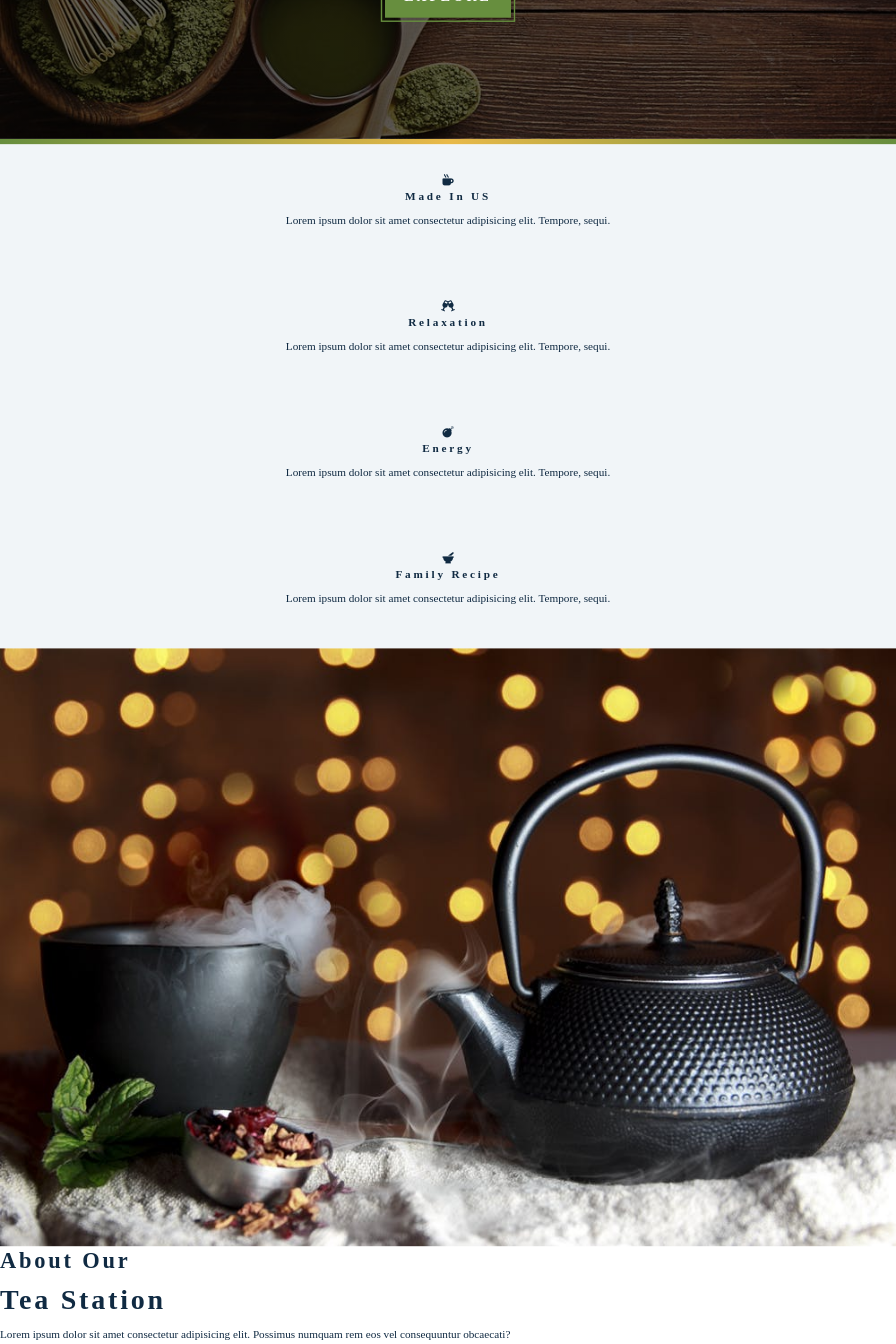
Repository: Ndifoinhilary/building_tea_site
Page: index.html
An editor plug-in stored every save of this project. The page is shown before and after the next save, followed by the edit.
The browser window is 1280 px wide. The pictures show the part of the page from y = 665 to 2585 px (the page is 6510 px tall before and 6734 px after), at 70% of full size.
Backgrounds fixed to the window are drawn as part of the page. Some web fonts or font styles are not loaded; a fallback is used.

Above is the page before, as saved 2024-01-03 20:15:53.

### index.html
<!DOCTYPE html>
<html lang="en">

<head>
  <meta charset="UTF-8" />
  <meta name="viewport" content="width=device-width, initial-scale=1.0" />
  <meta http-equiv="X-UA-Compatible" content="ie=edge" />
  <title>Tea Station || Home</title>
  <!-- font-awesome -->
  <link rel="stylesheet" href="./fontawesome-free-5.7.2-web/css/all.css" />
  <!-- custom css -->
  <link rel="stylesheet" href="./css/styles.css" />
</head>

<body>
  <!-- nav button -->
  <span class="nav-btn" id="nav-btn">
    <i class="fas fa-bars"></i>
  </span>
  <!-- nav -->
  <nav class="navbar" id="navbar">
    <div class="navbar-header">
      <span class="nav-close" id="nav-close">
        <i class="fas fa-times"></i>
      </span>
    </div>
    <ul class="nav-items">
      <li><a href="index.html" class="nav-link">home</a></li>
      <li><a href="skills.html" class="nav-link">skills</a></li>
      <li><a href="about.html" class="nav-link">about</a></li>
      <li><a href="products.html" class="nav-link">products</a></li>
    </ul>
  </nav>
  <!-- header -->
  <header class="header">
    <div class="banner">
      <h2 class="banner-subtitle">Over one hunred flavors of tea</h2>
      <h1 class="banner-title">specially crafted tea</h1>
      <a href="skills.html" class=" btn banner-btn">explore</a>
    </div>
  </header>

  <div class="content-divider"></div>
  <!-- skills section -->
  <section class="skills clearfix">
    <!-- single skill -->
    <article class="skill">
      <span class="skill-icon">
        <i class="fas fa-mug-hot"></i>
      </span>
      <h4 class="skill-title">made in US</h4>
      <!-- ten words -->
      <p class="skill-text">
        Lorem ipsum dolor sit amet consectetur adipisicing elit. Tempore,
        sequi.
      </p>
    </article>
    <!-- end of single skill -->
    <!-- single skill -->
    <article class="skill">
      <span class="skill-icon">
        <i class="fas fa-glass-cheers"></i>
      </span>
      <h4 class="skill-title">relaxation</h4>
      <!-- ten words -->
      <p class="skill-text">
        Lorem ipsum dolor sit amet consectetur adipisicing elit. Tempore,
        sequi.
      </p>
    </article>
    <!-- end of single skill -->
    <!-- single skill -->
    <article class="skill">
      <span class="skill-icon">
        <i class="fas fa-bomb"></i>
      </span>
      <h4 class="skill-title">energy</h4>
      <!-- ten words -->
      <p class="skill-text">
        Lorem ipsum dolor sit amet consectetur adipisicing elit. Tempore,
        sequi.
      </p>
    </article>
    <!-- end of single skill -->
    <!-- single skill -->
    <article class="skill">
      <span class="skill-icon">
        <i class="fas fa-mortar-pestle"></i>
      </span>
      <h4 class="skill-title">family recipe</h4>
      <!-- ten words -->
      <p class="skill-text">
        Lorem ipsum dolor sit amet consectetur adipisicing elit. Tempore,
        sequi.
      </p>
    </article>
    <!-- end of single skill -->
  </section>
  <!--end of skills section -->
  <!-- about -->
  <section class="about">
    <div class="section-center clearfix">
      <article class="about-img">
        <div class="about-picture-container">
          <img src="./images/about-bcg.jpeg" alt="tea kettle" class="about-picture" />
        </div>
      </article>
      <article class="about-info">
        <!-- section title -->
        <div>
          <h3 class="section-subtitle">about our</h3>
          <h2 class="section-title">tea station</h2>
        </div>
        <!-- section title -->
        <p class="about-text">
          Lorem ipsum dolor sit amet consectetur adipisicing elit. Possimus
          numquam rem eos vel consequuntur obcaecati?
        </p>
        <p class="about-text">
          Lorem ipsum dolor sit amet consectetur adipisicing elit. Possimus
          numquam rem eos vel consequuntur obcaecati?
        </p>
        <a href="about.html" class="main-btn">learn more</a>
      </article>
    </div>
  </section>
  <!-- end of about -->
  <!-- products -->
  <section class="products">
    <div class="section-center clearfix">
      <!-- products info  -->
      <article class="products-info">
        <!-- title -->
        <div>
          <h3 class="section-subtitle">check out</h3>
          <h2 class="section-title text-white">our products</h2>
        </div>
        <!-- end of title -->
        <p class="product-text">
          Lorem ipsum dolor sit amet consectetur adipisicing elit. Quod, quae
          vitae! Natus sed fugiat id laudantium nemo, asperiores corporis
          amet!
        </p>
        <a href="products.html" class="main-btn">inventory</a>
      </article>
      <!-- end of products info -->
      <!-- products inventory -->
      <article class="products-inventory clearfix">
        <!-- single product -->
        <div class="product">
          <img src="./images/product-1.jpeg" alt="single product" class="product-img" />
          <h3 class="product-title">product title</h3>
          <h3 class="product-price">$6.99</h3>
        </div>
        <!--end of single product -->
        <!-- single product -->
        <div class="product">
          <img src="./images/product-2.jpeg" alt="single product" class="product-img" />
          <h3 class="product-title">product title</h3>
          <h3 class="product-price">$6.99</h3>
        </div>
        <!--end of single product -->
        <!-- single product -->
        <div class="product">
          <img src="./images/product-3.jpeg" alt="single product" class="product-img" />
          <h3 class="product-title">product title</h3>
          <h3 class="product-price">$6.99</h3>
        </div>
        <!--end of single product -->
      </article>
      <!--end of  products inventory -->
    </div>
  </section>
  <!-- end of  products -->
  <!-- contact -->
  <section class="contact">
    <div class="section-center clearfix">
      <!-- contact info -->
      <article class="contact-info">
        <!-- contact item -->
        <div class="contact-item">
          <!-- contact text -->
          <h3 class="contact-title">
            <span class="contact-icon">
              <i class="fas fa-location-arrow"></i> </span>address
          </h3>
          <h3 class="contact-text">
            523 N Fairfax Ave, Los Angeles, CA 90048
          </h3>
        </div>
        <!-- end of contact item -->
        <!-- contact item -->
        <div class="contact-item">
          <!-- contact text -->
          <h3 class="contact-title">
            <span class="contact-icon"> <i class="fas fa-envelope"></i> </span>email
          </h3>
          <h3 class="contact-text">email@email.com</h3>
        </div>
        <!-- end of contact item -->
        <!-- contact item -->
        <div class="contact-item">
          <!-- contact text -->
          <h3 class="contact-title">
            <span class="contact-icon">
              <i class="fas fa-location-arrow"></i> </span>telephone
          </h3>
          <h3 class="contact-text">+ 123 456 789</h3>
        </div>
        <!-- end of contact item -->
      </article>
      <article class="contact-form">
        <form action="https://formspree.io/learncodetutorial@gmail.com" method="POST" class="form-group">
          <input type="text" name="name" placeholder="name" class="form-control" />
          <input type="email" name="email" placeholder="email" class="form-control" />
          <textarea name="message" placeholder="message" class="form-control" rows="5"></textarea>
          <button class="main-btn">send</button>
        </form>
      </article>
      <!-- end of contact info -->
    </div>
  </section>
  <!-- end o fcontact -->
  <footer class="footer">
    <div class="section-center">
      <div class="social-icons">
        <!-- social icon -->
        <a href="#" class="social-icon">
          <i class="fab fa-facebook"></i>
        </a>
        <!-- end of social icon -->
        <!-- social icon -->
        <a href="#" class="social-icon">
          <i class="fab fa-twitter"></i>
        </a>
        <!-- end of social icon -->
        <!-- social icon -->
        <a href="#" class="social-icon">
          <i class="fab fa-instagram"></i>
        </a>
        <!-- end of social icon -->
      </div>
      <p class="footer-text">
        &copy;2019 <span class="text-primary">tea station</span>. all rights
        reserved
      </p>
    </div>
  </footer>
  <script src="app.js"></script>
</body>

</html>

### css/styles.css
@import url("https://fonts.googleapis.com/css?family=Catamaran:400,700|Grand+Hotel");

* {
  margin: 0;
  padding: 0;
  box-sizing: border-box;
}

/*================
Global variables
===================
*/

:root{
  --clr-primary:#678e3e;
  --clr-primary-light:#beed8c;
  --clr-grey-1:#102a42;
  --clr-grey-5:#617d98;
  --clr-grey-10:#f1f5f8;
  --clr-white:#fff;
  --ff-primary:"Catamaran",sans-serif;
  --ff-secondary:"Grand Hotel", cursive;
  --transition: all 0.3s linear ;
  --spacing:0.25rem;
  --radius:0.5rem;
}


body{
  font-family: var(--clr-primary);
  background: var(--clr-white);
  color: var(--clr-grey-1);
  line-height: 1.5;
  font-size: 0.875rem;
}

a{
  text-decoration: none;
}

img{
  width: 100%;
  display: block;
}
h1,h2,h3,h4{
  letter-spacing: var(--spacing);
  text-transform: capitalize;
  line-height: 1.25;
  margin-bottom: 0.75rem;
}

h1{
  font-size: 3rem;
}
h2{
  font-size: 2rem;
}
h3{
  font-size: 1.5rem;
}
h4{
  font-size: 0.875rem;
}

p{
  margin-bottom: 1.25rem;
}
@media screen and (min-width:800px) {
  h1{
    font-size: 4rem;
  }
  h2{
    font-size: 2.5rem;
  }
  h3{
    font-size: 2rem;
  }
  h4{
    font-size: 1rem;
  }
  body{
    font-size: 1rem;
  }
  h1,h2,h3,h4{
    line-height: 1.25;

  }
}
/*
more css
 */

 .btn{
  text-transform: uppercase;
  background: var(--clr-primary);
  color: var(--clr-white);
  padding: 0.75rem, 1rem;
  letter-spacing: var(--spacing);
  display: inline-block;
  font-weight:700 ;
  transition: var(--transition);
  font-size: 1rem;
  border: none;
  cursor: pointer;
  box-shadow: 0 1px 3px rgba(0, 0, 0,0.2);
 }
.btn:hover {
  color: var(--ff-primary);
  background: var(--clr-primary-light);
}
 /*
 header
  */

  .header{
    min-height: 100vh;
    background: linear-gradient(rgba(0, 0, 0,0.6),rgba(0, 0, 0,0.6)) ,url("/images/main-bcg.jpeg") center/cover no-repeat fixed;
    position: relative;
    /* animation */
    overflow-x: hidden;

  }

  .banner{
    text-align: center;
    position: absolute;
    top: 50%;
    left: 50%;
    transform: translate(-50%,-50%);
  }

  .banner h2{
    font-family: var(--ff-secondary);
    color: var(--clr-primary);
    /* animation */
  }

  .banner h1{
    text-transform: uppercase;
    color: var(--clr-white);
    margin-top: 1.25rem;
    margin-bottom: 2rem;
  }

.banner-btn{
  outline: 0.125rem solid var(--clr-primary);
  outline-offset: 0.25rem;
  font-size: 1.25rem;
  padding:1rem 1.75rem ;
}

.content-divider{
height: 0.5rem;
background: linear-gradient(to left, var(--clr-primary), #e9b949, var(--clr-primary));
}

/*
skills section
 */

 .skills{
  background: var(--clr-grey-10);

 }

 .skill{
  text-align: center;
  padding: 2.5rem 0;
  transition: var(--transition);

 }

 .skill-icon{

 }

### app.js
const navBtn = document.getElementById("nav-btn");
const navbar = document.getElementById("navbar");
const navClose = document.getElementById("nav-close");

navBtn.addEventListener("click", () => {
  navbar.classList.add("showNav");
});

navClose.addEventListener("click", () => {
  navbar.classList.remove("showNav");
});

Loaded but not shown: fontawesome-free-5.7.2-web/css/all.css (library)

After the next save:
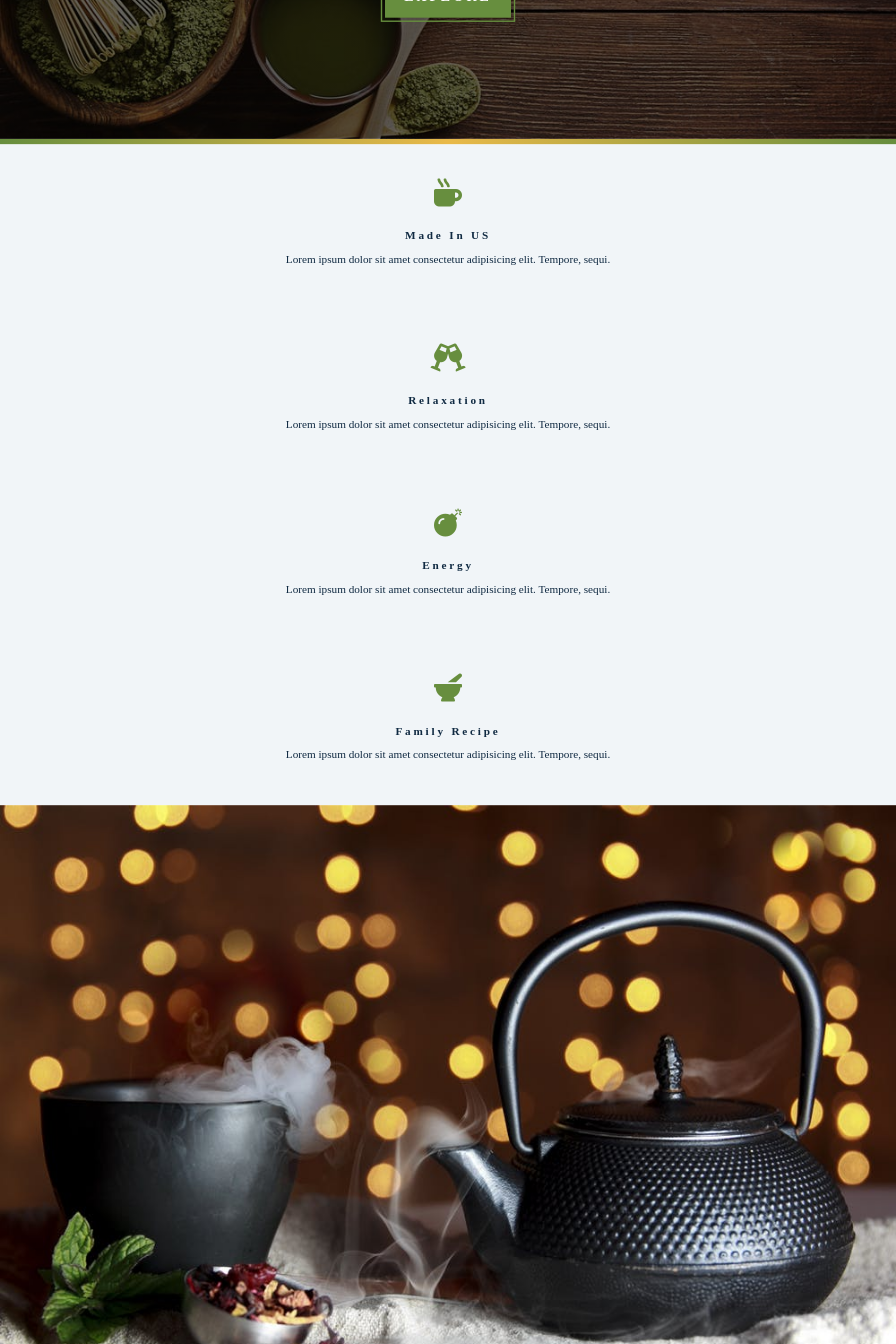
Saved 18 min 28 s later.
--- a/css/styles.css
+++ b/css/styles.css
@@ -171,5 +171,10 @@ skills section
  }
 
  .skill-icon{
+  font-size: 2.5rem;
+  margin-bottom: 1.25rem;
+  transition: var(--transition);
+  display: inline-block;
+  color: var(--clr-primary);
 
  }
